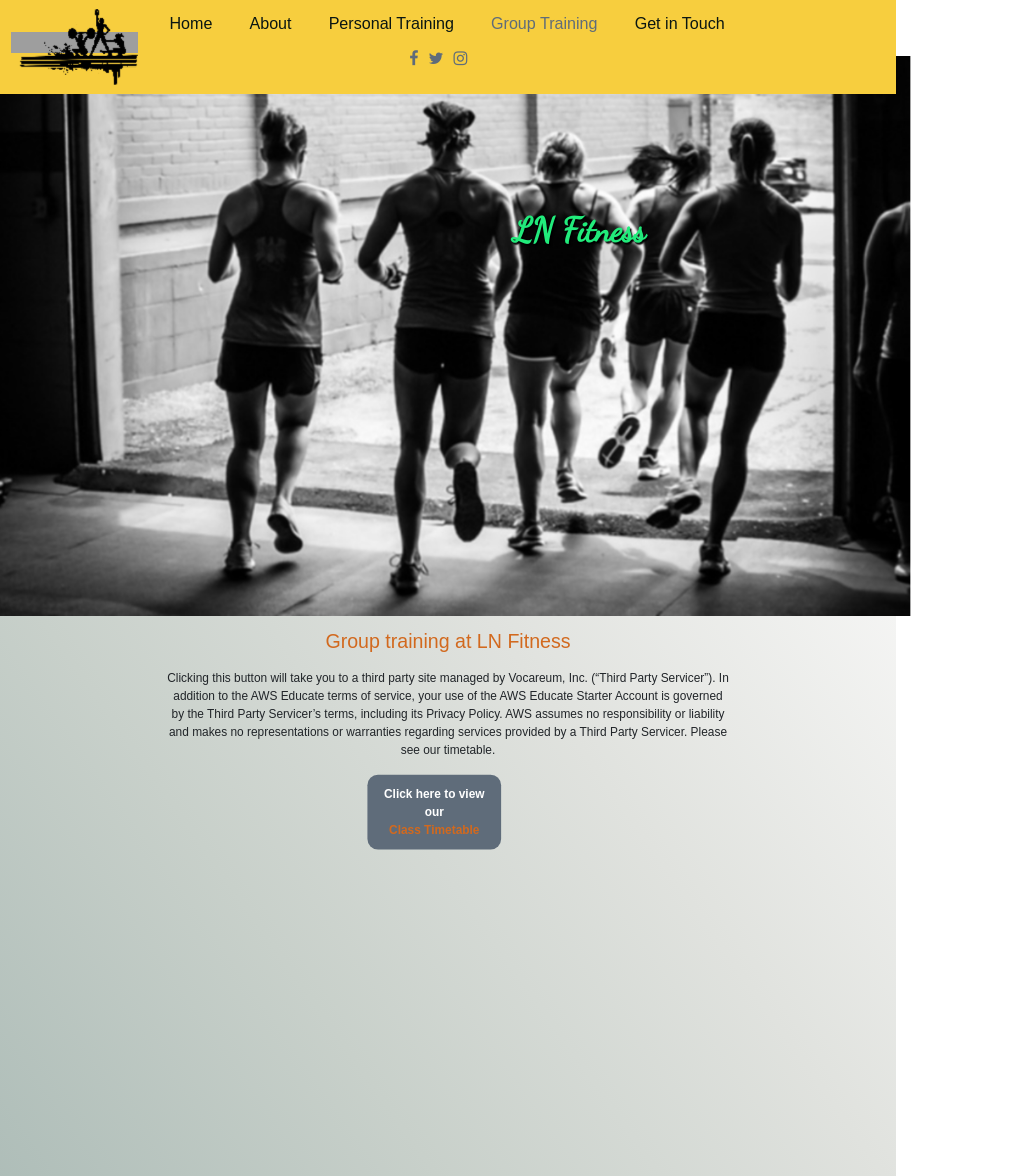
Repository: murphya14/Fitness-webpage
Page: group-training.html
The author's editor kept a record of every edit. The page is drawn from the files as they stood at one moment, then again after the next edit.
The browser window is 1280 px wide. The page is 1453 px wide, then 1472 px, then 1453 px, so the pictures cover 1472 px, including what lies to the right of the window. The pictures show the part of the page from y = 0 to 1680 px (the page is 2745 px tall), at 70% of full size.
Pictures or frames that could not be fetched are drawn as grey boxes. Some web libraries are served in a nearby version.

Above is the page before.

After the next edit:
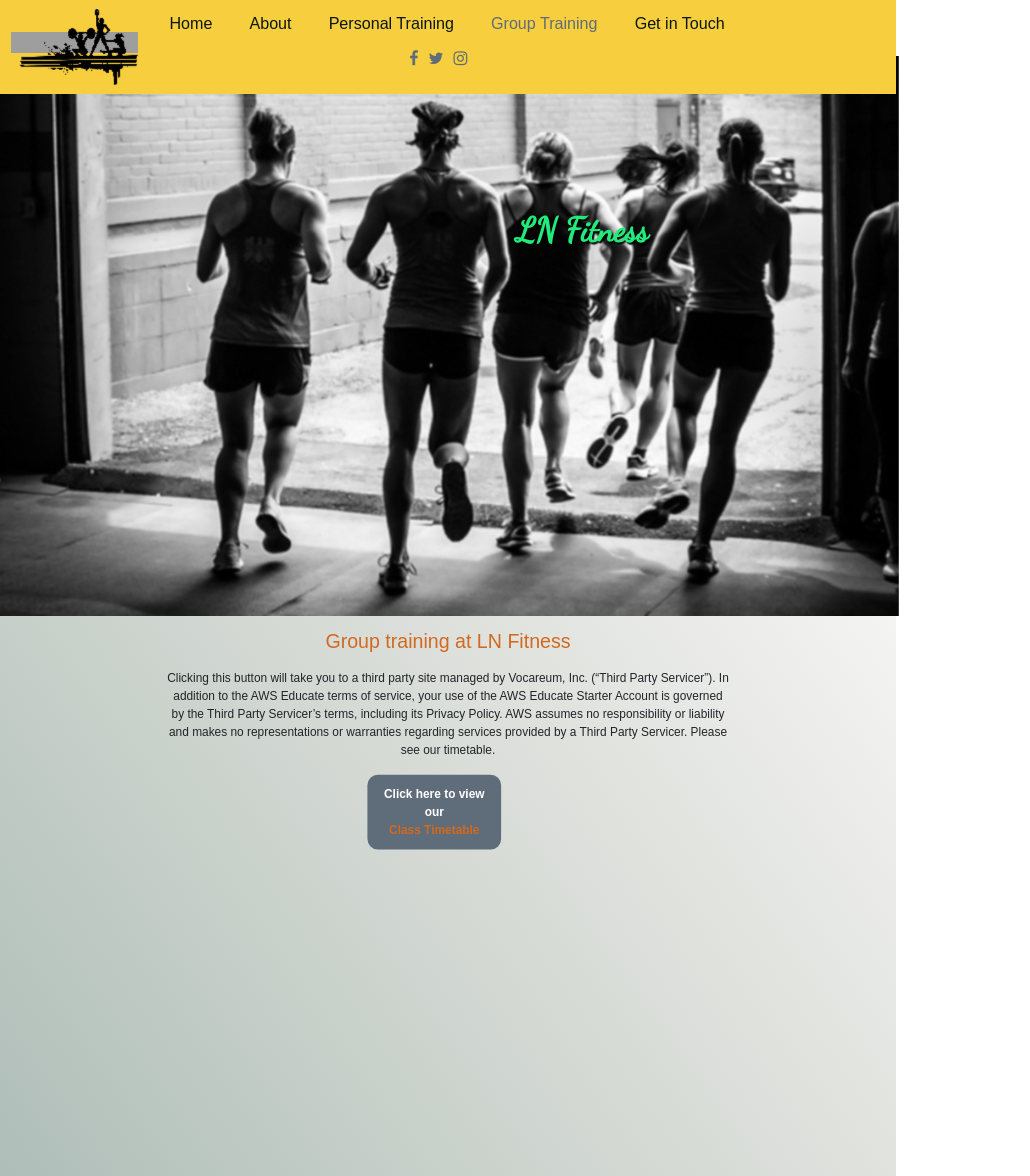
The edit:
--- a/group-training.html
+++ b/group-training.html
@@ -101,7 +101,7 @@
 
   <!-- Container for main image -->
 
-  <div class="container-fluid ">
+
     <section class="section ">
 
 

After the edit that followed:
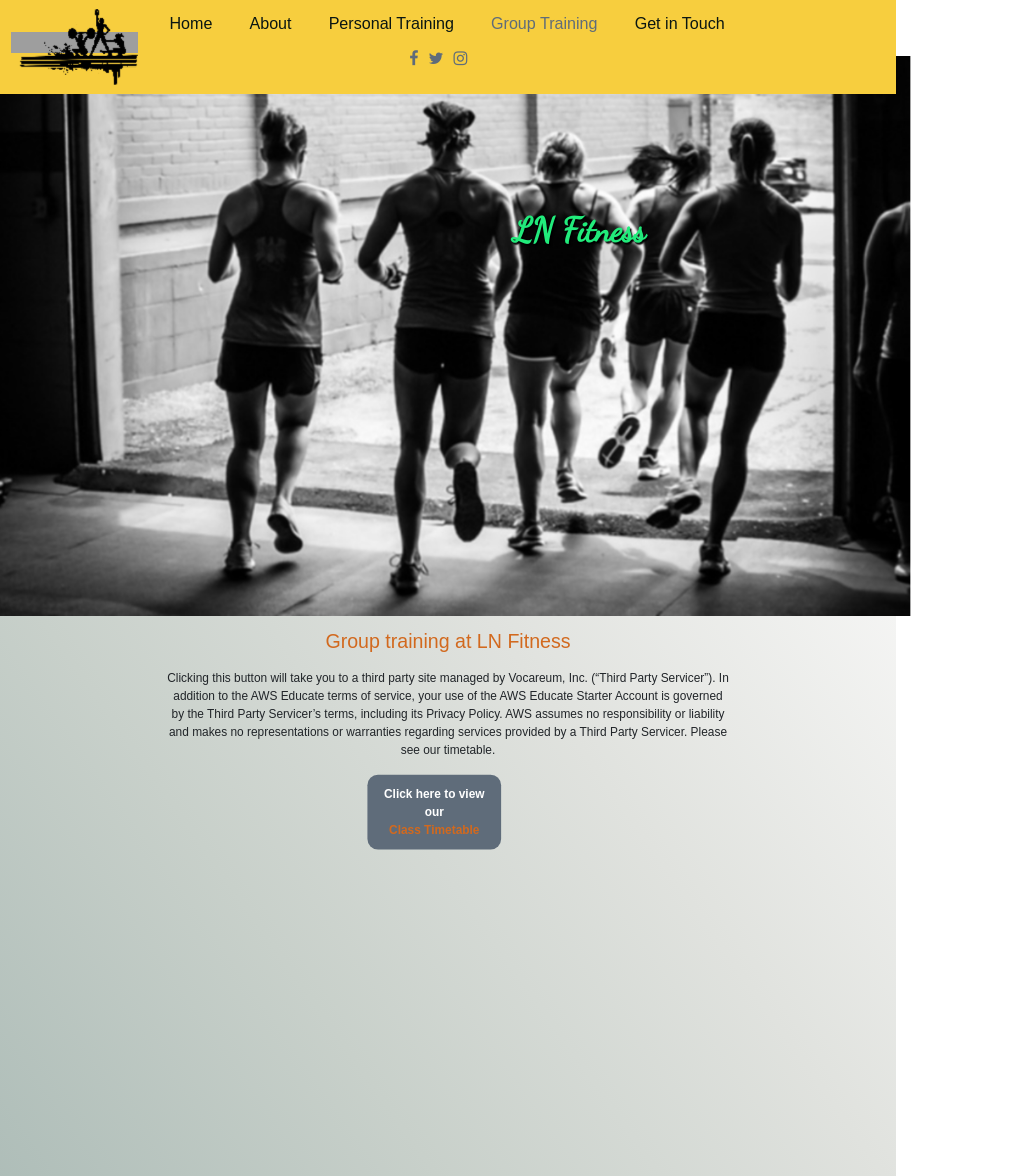
The edit:
--- a/group-training.html
+++ b/group-training.html
@@ -104,7 +104,7 @@
 
     <section class="section ">
 
-
+  <div class="container-fluid ">
 
       <div class="row main-image ">
 
